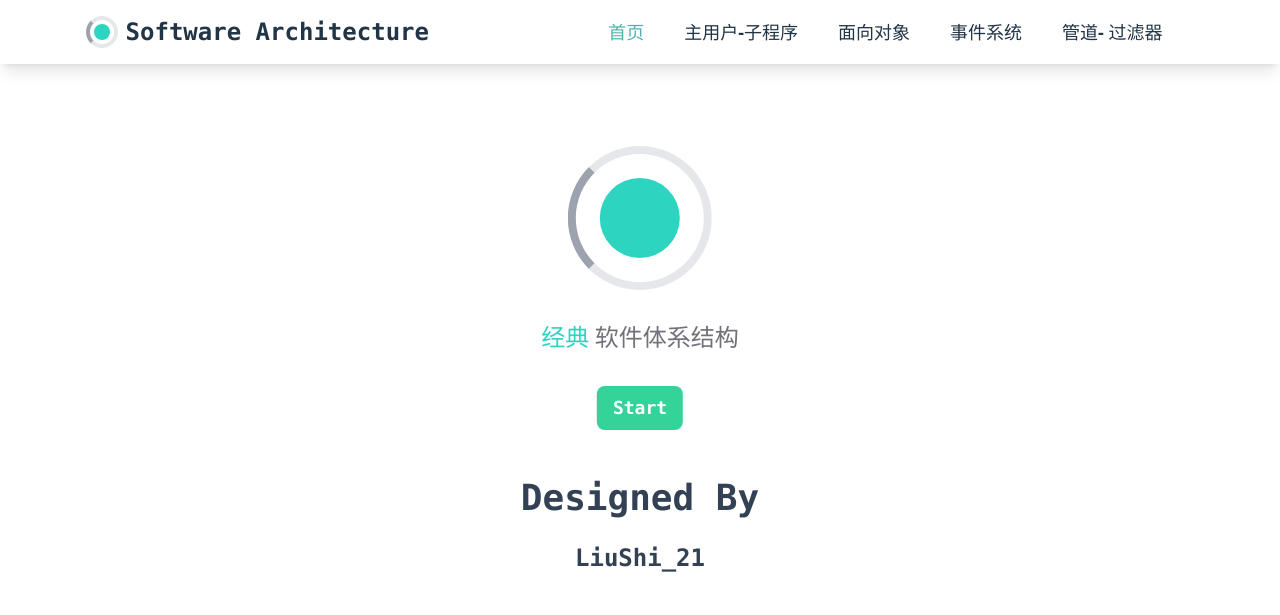
Repository: MarchRory/software_architecture_lab2
Page: / (app in lab2/)
The author's editor kept a copy of each file at every save. The page is drawn from the files as they stood at one save, then again after the next save.
The browser window is 1280 px wide. The pictures show the whole page.
The project was rebuilt for these pictures with package versions that can differ from the ones it lists, and the page was loaded fresh each time. Also part of the build but not shown: lab2/vite.config.ts. Imported but missing from the stored project, and not drawn on this page: lab2/src/views/OOP/index.vue, lab2/src/views/PipFilter/index.vue, lab2/src/views/eventsSys/index.vue, lab2/src/views/mainChild/index.vue.

Above is the page before, as saved 2023-11-17 21:40:40.

After the next save:
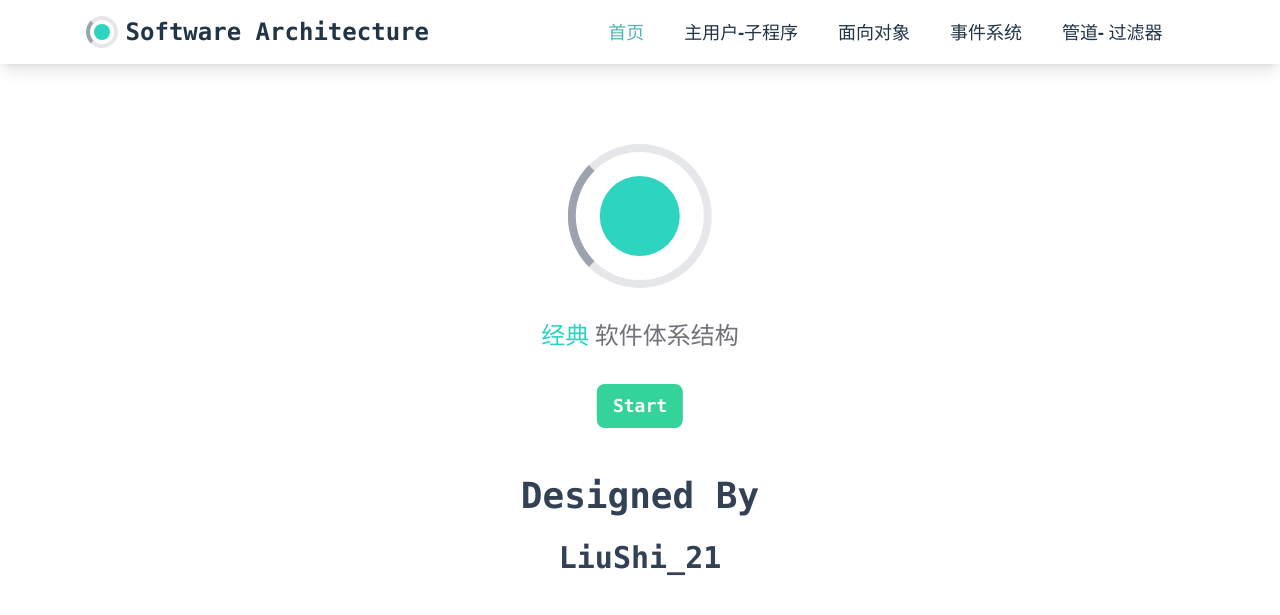
Saved 4 s later.
--- a/lab2/src/views/hello/index.vue
+++ b/lab2/src/views/hello/index.vue
@@ -32,7 +32,7 @@
 		<div class="flex flex-col justify-center mt-12 font-mono font-bold w-fit text-slate-700">
 			<div class="text-4xl">Designed By</div>
 			<br />
-			<div style="margin: 0 auto" class="text-2xl">LiuShi_21</div>
+			<div style="margin: 0 auto" class="text-3xl">LiuShi_21</div>
 		</div>
 	</div>
 </template>
